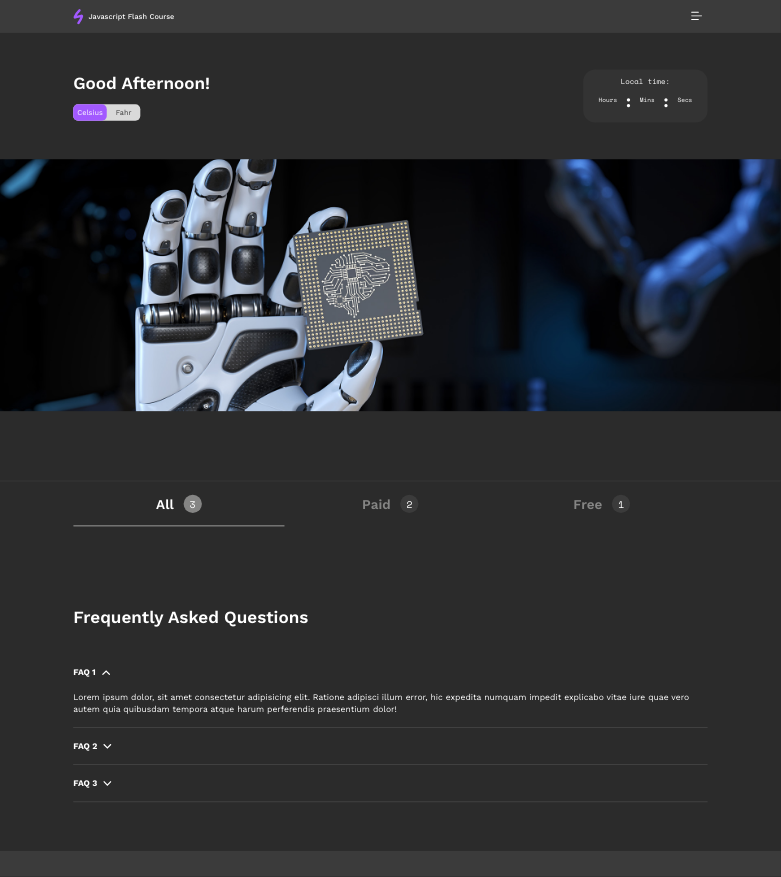
Repository: GettieSirma/JAVASCRIPT-TEST
Page: index.html
An editor plug-in stored every save of this project. The page is shown before and after the next save, followed by the edit.
The browser window is 1280 px wide. The pictures show the whole page, at 61% of full size.

Above is the page before, as saved 2024-04-26 10:38:33.
Console error: SyntaxError: Invalid or unexpected token

After the next save:
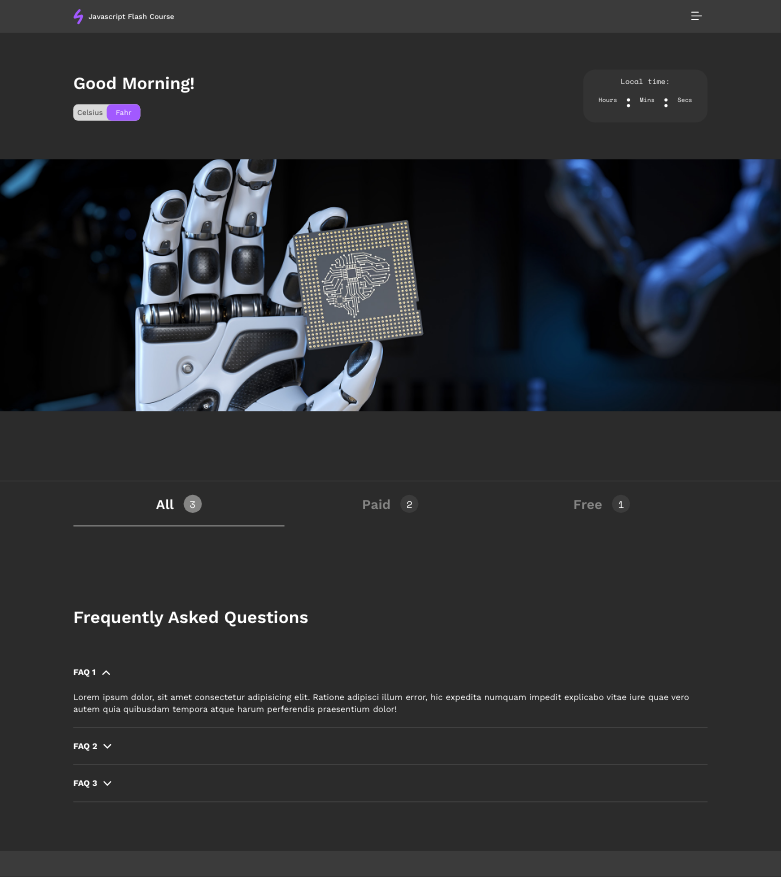
Console error: TypeError: Cannot set properties of null (setting 'innerText')
Saved 19 s later.
--- a/index.html
+++ b/index.html
@@ -306,7 +306,7 @@
                 temperatureUnit === "celsius" ?
                 weather.temperature :
                 celsiusToFahrenheit(weather.temperature);
-            const message = `Today 's weather in ${location} is ${weather.description} with a temperature of ${temp}°${temperatureUnit}.;
+            const message = `Today 's weather in ${location} is ${weather.description} with a temperature of ${temp}°${temperatureUnit}.`;
             document.getElementById("weather").innerText = message;
         }
 

After the 2 saves that followed:
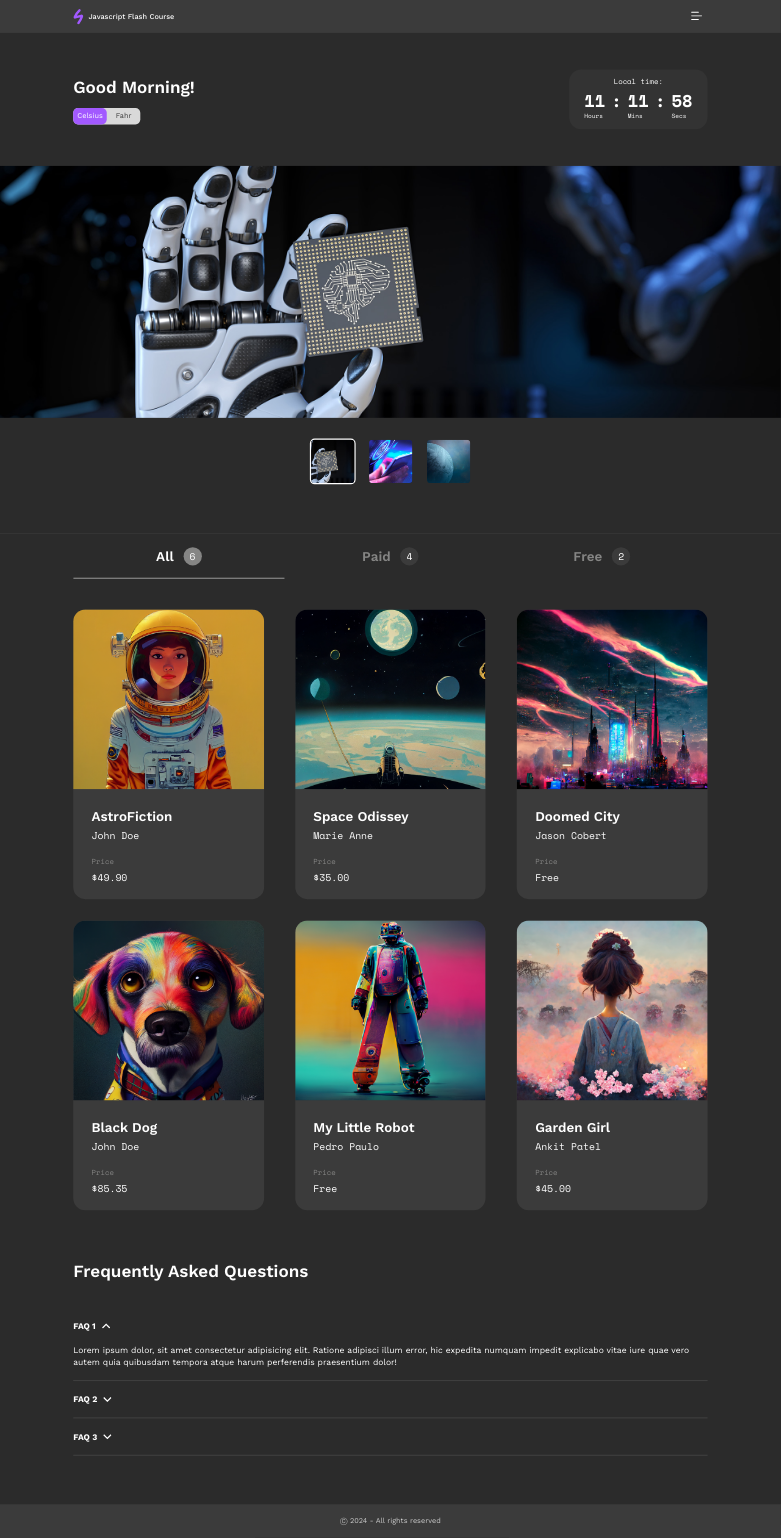
The error is gone.
The 2 saves are shown as one change because they came seconds apart.
The last was saved 78 s later.
--- a/index.html
+++ b/index.html
@@ -269,58 +269,12 @@
             });
         }
 
-        //Weather Section
-        //weather
-        const weatherData = {
-            "Westlands": {
-                celsius: {
-                    temperature: 20,
-                    description: "partly cloudy",
-                },
-                fahr: {
-                    temperature: 68,
-                    description: "partly cloudy",
-                },
-            },
-            "Westlands": {
-                celsius: {
-                    temperature: 25,
-                    description: "sunny",
-                },
-                fahr: {
-                    temperature: 77,
-                    description: "sunny",
-                },
-            },
-        };
-
-        // Function to convert Celsius to Fahrenheit
-        function celsiusToFahrenheit(celsius) {
-            return (celsius * 9) / 5 + 32;
-        }
-
-        // Function to update the weather information
-        function updateWeatherInfo(location, temperatureUnit) {
-            const weather = weatherData[location][temperatureUnit];
-            const temp =
-                temperatureUnit === "celsius" ?
-                weather.temperature :
-                celsiusToFahrenheit(weather.temperature);
-            const message = `Today 's weather in ${location} is ${weather.description} with a temperature of ${temp}°${temperatureUnit}.`;
-            document.getElementById("weather").innerText = message;
-        }
-
-        // Add event listeners to temperature buttons
-        document.getElementById("celsius").addEventListener("click", () => {
-            updateWeatherInfo("Westlands", "celsius");
-        });
-
-        document.getElementById("fahr").addEventListener("click", () => {
-            updateWeatherInfo("Westlands", "fahr");
-        });
-
-        // Initialize the weather info
-        document.getElementById("fahr").click();
+        // Temperature Conversion
+
+        function celsiusToFahr(temperature) {
+            let fahr = (temperature * 9 / 5) + 32;
+            return fahr;
+        }
 
         // Greeting Section
 
@@ -344,9 +298,46 @@
             greetingHandler();
         });
 
-
-
-
+        // Weather Text
+
+        function weatherHandler() {
+            navigator.geolocation.getCurrentPosition(position => {
+                let latitude = position.coords.latitude;
+                let longitude = position.coords.longitude;
+                let url = weatherAPIURL
+                    .replace("{lat}", latitude)
+                    .replace("{lon}", longitude)
+                    .replace("{API key}", weatherAPIKey);
+                fetch(url)
+                    .then(response => response.json())
+                    .then(data => {
+                        const condition = data.weather[0].description;
+                        const location = data.name;
+                        const temperature = data.main.temp;
+
+                        let celsiusText = `The weather is ${condition} in ${location} and it's ${temperature.toFixed(1)}°C outside.`;
+                        let fahrText = `The weather is ${condition} in ${location} and it's ${celsiusToFahr(temperature).toFixed(1)}°F outside.`;
+
+                        document.querySelector("p#weather").innerHTML = celsiusText;
+
+                        // Temperature Switch
+
+                        document.querySelector(".weather-group").addEventListener("click", function(e) {
+
+                            if (e.target.id == "celsius") {
+                                document.querySelector("p#weather").innerHTML = celsiusText;
+                            } else if (e.target.id == "fahr") {
+                                document.querySelector("p#weather").innerHTML = fahrText;
+                            }
+
+                        });
+
+                    }).catch((err => {
+                        document.querySelector("p#weather").innerHTML = "Unable to get the weather info. Try again later.";
+                    }));
+
+            });
+        }
 
         // Local Time Section
         function clockHandler() {
@@ -469,10 +460,7 @@
 
         function footerHandler() {
             let currentYear = new Date().getFullYear();
-            document.querySelector("footer").textContent = `Ⓒ
-            $ {
-                currentYear
-            } - All rights reserved `;
+            document.querySelector("footer").textContent = `Ⓒ ${currentYear} - All rights reserved`;
         }
 
 
